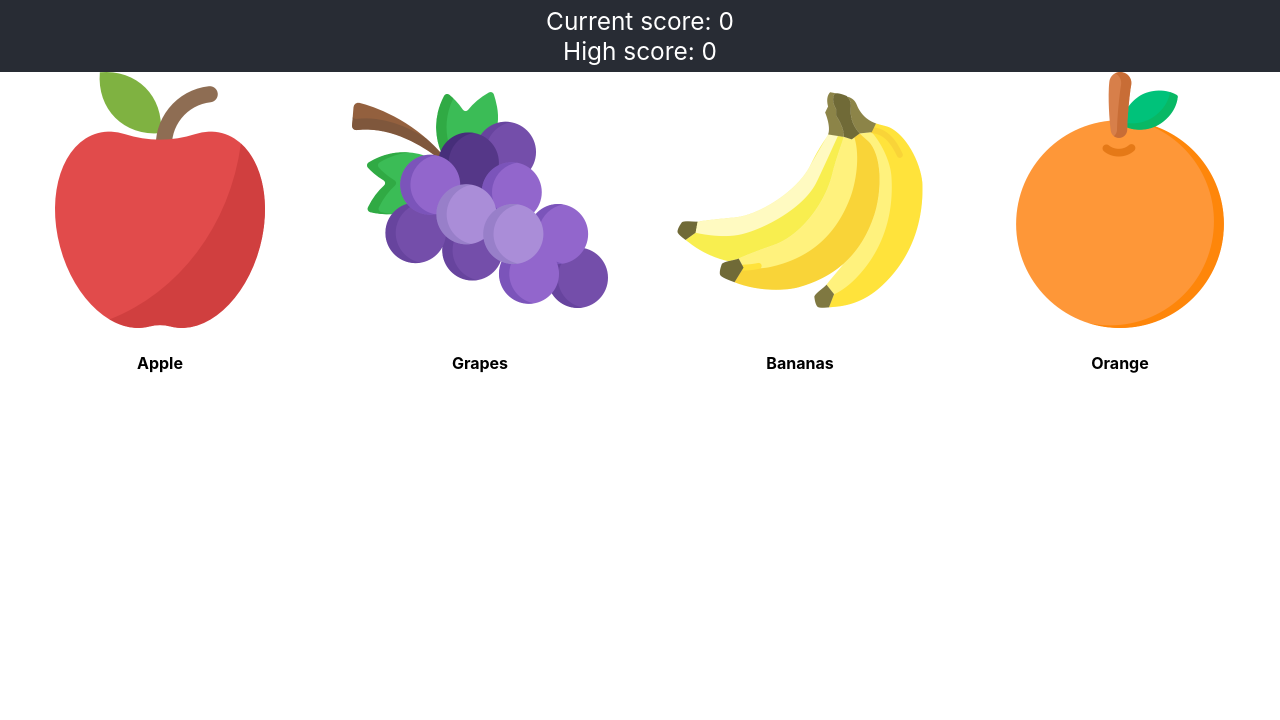
Repository: chin9/MemoryCard
Page: /
An editor plug-in stored every save of this project. The page is shown before and after the next save, followed by the edit.
The browser window is 1280 px wide. The pictures show the whole page.
The project was rebuilt for these pictures with package versions that can differ from the ones it lists, and the page was loaded fresh each time.

Above is the page before, as saved 2021-07-08 19:45:19.

### public/index.html
<!DOCTYPE html>
<html lang="en">
  <head>
    <meta charset="utf-8" />
    <link rel="icon" href="%PUBLIC_URL%/favicon.ico" />
    <meta name="viewport" content="width=device-width, initial-scale=1" />
    <meta name="theme-color" content="#000000" />
    <meta
      name="description"
      content="Web site created using create-react-app"
    />
    <link rel="apple-touch-icon" href="%PUBLIC_URL%/logo192.png" />
    <!--
      manifest.json provides metadata used when your web app is installed on a
      user's mobile device or desktop. See https://developers.google.com/web/fundamentals/web-app-manifest/
    -->
    <link rel="manifest" href="%PUBLIC_URL%/manifest.json" />
    <!--
      Notice the use of %PUBLIC_URL% in the tags above.
      It will be replaced with the URL of the `public` folder during the build.
      Only files inside the `public` folder can be referenced from the HTML.

      Unlike "/favicon.ico" or "favicon.ico", "%PUBLIC_URL%/favicon.ico" will
      work correctly both with client-side routing and a non-root public URL.
      Learn how to configure a non-root public URL by running `npm run build`.
    -->
    <title>Memory Card</title>
  </head>
  <body>
    <noscript>You need to enable JavaScript to run this app.</noscript>
    <div id="root"></div>
    <!--
      This HTML file is a template.
      If you open it directly in the browser, you will see an empty page.

      You can add webfonts, meta tags, or analytics to this file.
      The build step will place the bundled scripts into the <body> tag.

      To begin the development, run `npm start` or `yarn start`.
      To create a production bundle, use `npm run build` or `yarn build`.
    -->
  </body>
</html>

### src/App.js
import './App.css';
import Scoreboard from './components/Scoreboard';
import Cards from './components/Cards';
import React, { useState, useEffect } from 'react';

function App() {

  //keep track of scores
  const [score, setScore] = useState(0);
  const [highScore, setHighScore] = useState(0);

  //keep track of cards
  const [cardsClicked, setCardsClicked] = useState([]);
  const [currCard, setCurrCard] = useState(null);
  const [update, setUpdate] = useState(false);

  // useEffect(()=>{
  //   const incrementOnClick = () => {
  //     setScore(score + 1);
  //   }

  //   document.addEventListener('click', incrementOnClick);

  //   return () => {
  //     document.removeEventListener('click', incrementOnClick);
  //   }
  // }, [score, highScore]);

  useEffect(()=> {
    console.log('score: ' + score);
    if (score > highScore) {
      setHighScore(score);
    }
    setUpdate(false);
    console.log(cardsClicked);
  }, [score, cardsClicked]);

  useEffect(()=> {

    console.log('card clicked: ' + currCard);
    console.log('update?: ' + update);


    if (currCard === null || update === false) {
      // do nothing
    } else {
      const exists = cardsClicked.some(v => v === currCard);
      if (!exists) {
        setScore(score => score + 1);
        setCardsClicked(cardsClicked => [...cardsClicked, currCard]);
        } else {
      setScore(0);
      setCardsClicked([]);
    }
    }
    // setUpdate(false);
    // console.log(cardsClicked.some(v => v === ));

  }, [currCard, update]);


  const updateScore = (id) => {
    //if cardsClicked doesn't contain id, add 1 to score, add id to cardsClicked
    //    if score > highScore, set highScore = score
    //else (if cardsClicked contains id), set score to 0, empty cardsClicked

    setCurrCard(id);
    setUpdate(true);

    // const exists = cardsClicked.some(v => v == id);
    // console.log(id);
    // console.log(exists);

    // if (!exists) {
    //   setScore(score => score + 1);
    //   setCardsClicked(cardsClicked => [...cardsClicked, id]);

    //   if (score > highScore) {setHighScore(score)};
    // } else {
    //   setScore(0);
    //   setCardsClicked([]);
    // }
  }

  return (
    <div className="App">
      <header className="App-header">
        <Scoreboard score={score} highScore={highScore}/>
      </header>
      <Cards updateScore={updateScore}/>
    </div>
  );
}

export default App;

### src/App.css
.App {
  text-align: center;
}

.App-logo {
  height: 40vmin;
  pointer-events: none;
}

@media (prefers-reduced-motion: no-preference) {
  .App-logo {
    animation: App-logo-spin infinite 20s linear;
  }
}

.App-header {
  background-color: #282c34;
  height: 10vh;
  display: flex;
  flex-direction: column;
  align-items: center;
  justify-content: center;
  font-size: calc(10px + 2vmin);
  color: white;
}

.App-link {
  color: #61dafb;
}

@keyframes App-logo-spin {
  from {
    transform: rotate(0deg);
  }
  to {
    transform: rotate(360deg);
  }
}

### src/components/Scoreboard.js
import React from 'react';

const Scoreboard = (props) => {

    return (
        <div>
            <div>Current score: {props.score}</div>
            <div>High score: {props.highScore}</div>
            </div>
    )
}

export default Scoreboard;

### src/components/Cards.js
import React, {useState, useEffect} from 'react';
import apple from '../images/apple.png';
import grapes from '../images/grapes.png';
import bananas from '../images/bananas.png';
import orange from '../images/orange-juice.png'
import '../style/Cards.css'

const Cards = (props) => {



    useEffect(()=>{
        const apple = document.getElementById(0);
        const grapes = document.getElementById(1);
        const bananas = document.getElementById(2);
        const orange = document.getElementById(3);


        function randomizeOrder() {
            var parent = document.querySelector(".card-display");
            for(var i = 0; i < parent.children.length; i++){
            parent.appendChild(parent.children[Math.random() * i | 0]);
        }
        }

        const updateScoreWithFruit = (e) => {
            props.updateScore(e.id);
            randomizeOrder();
        }


        apple.addEventListener('click', ()=>{updateScoreWithFruit(apple)});
        grapes.addEventListener('click', ()=>{updateScoreWithFruit(grapes)});
        bananas.addEventListener('click', ()=>{updateScoreWithFruit(bananas)});
        orange.addEventListener('click', ()=>{updateScoreWithFruit(orange)});

        console.log('mounted');

        return ()=>{
            apple.removeEventListener('click', updateScoreWithFruit(apple));
            grapes.removeEventListener('click', updateScoreWithFruit(grapes));
            bananas.removeEventListener('click', updateScoreWithFruit(bananas));
            orange.removeEventListener('click', updateScoreWithFruit(orange));
        }

    }, []);




    return (
    <div className='card-display'>
        <div>
            <img src={apple} alt='apple' className='fruit' id={0}></img>
            <h4>Apple</h4>
        </div>
        <div>
            <img src={grapes} alt='grapes' className='fruit' id={1}></img>
            <h4>Grapes</h4>
        </div>
        <div>
            <img src={bananas} alt='bananas' className='fruit' id={2}></img>
            <h4>Bananas</h4>
        </div>
        <div>
            <img src={orange} alt='orange' className='fruit' id={3}></img>
            <h4>Orange</h4>
        </div>
    </div>
    );
}

export default Cards;

### src/style/Cards.css

.card-display {
    display: grid;
    grid-template-columns: 1fr 1fr 1fr 1fr;
}

.fruit {
    height: auto;
    width: auto;
    max-width: 20vw;
}

.fruit:hover {
    cursor: pointer;
}

Loaded but not shown: src/index.js (common file); src/index.css (common file)

After the next save:
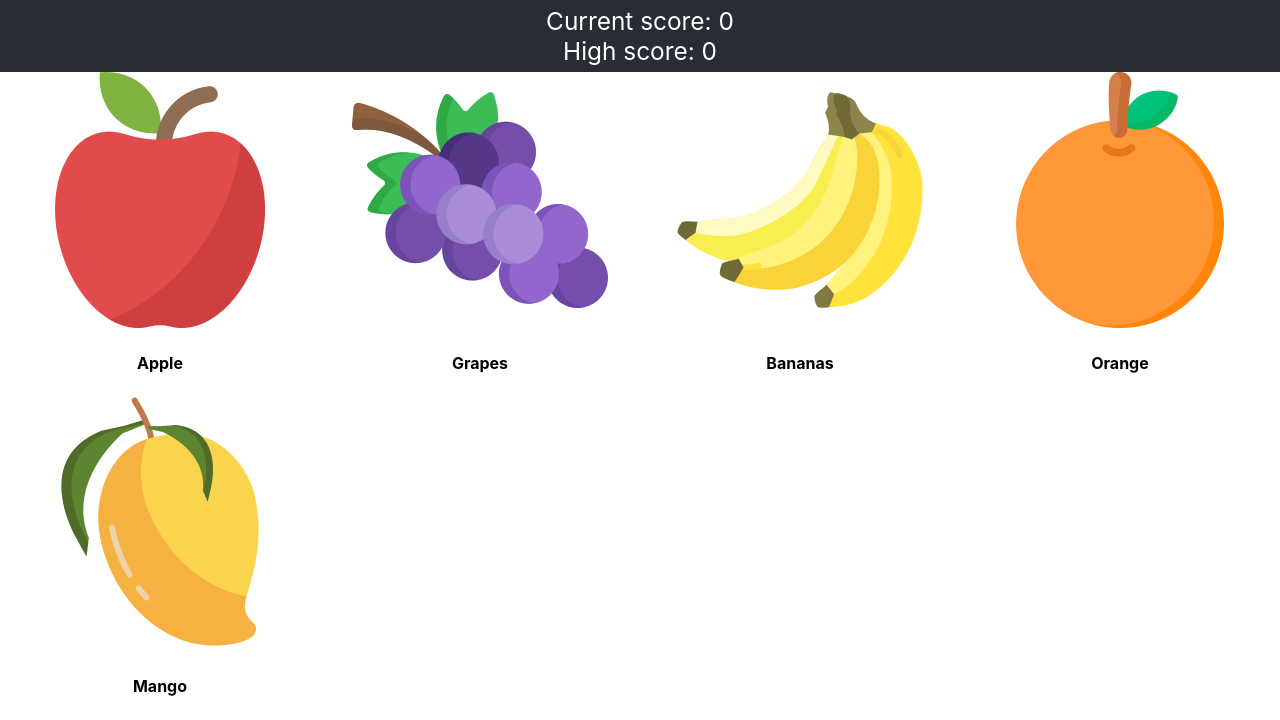
Saved 11 min 13 s later.
--- a/src/components/Cards.js
+++ b/src/components/Cards.js
@@ -2,7 +2,8 @@ import React, {useState, useEffect} from 'react';
 import apple from '../images/apple.png';
 import grapes from '../images/grapes.png';
 import bananas from '../images/bananas.png';
-import orange from '../images/orange-juice.png'
+import orange from '../images/orange-juice.png';
+import mango from '../images/mango.png';
 import '../style/Cards.css'
 
 const Cards = (props) => {
@@ -14,6 +15,7 @@ const Cards = (props) => {
         const grapes = document.getElementById(1);
         const bananas = document.getElementById(2);
         const orange = document.getElementById(3);
+        const mango = document.getElementById(4);
 
 
         function randomizeOrder() {
@@ -33,6 +35,8 @@ const Cards = (props) => {
         grapes.addEventListener('click', ()=>{updateScoreWithFruit(grapes)});
         bananas.addEventListener('click', ()=>{updateScoreWithFruit(bananas)});
         orange.addEventListener('click', ()=>{updateScoreWithFruit(orange)});
+        mango.addEventListener('click', ()=>{updateScoreWithFruit(mango)});
+
 
         console.log('mounted');
 
@@ -41,6 +45,7 @@ const Cards = (props) => {
             grapes.removeEventListener('click', updateScoreWithFruit(grapes));
             bananas.removeEventListener('click', updateScoreWithFruit(bananas));
             orange.removeEventListener('click', updateScoreWithFruit(orange));
+            mango.removeEventListener('click', ()=>{updateScoreWithFruit(mango)});
         }
 
     }, []);
@@ -66,6 +71,10 @@ const Cards = (props) => {
             <img src={orange} alt='orange' className='fruit' id={3}></img>
             <h4>Orange</h4>
         </div>
+        <div>
+            <img src={mango} alt='mango' className='fruit' id={4}></img>
+            <h4>Mango</h4>
+        </div>
     </div>
     );
 }
